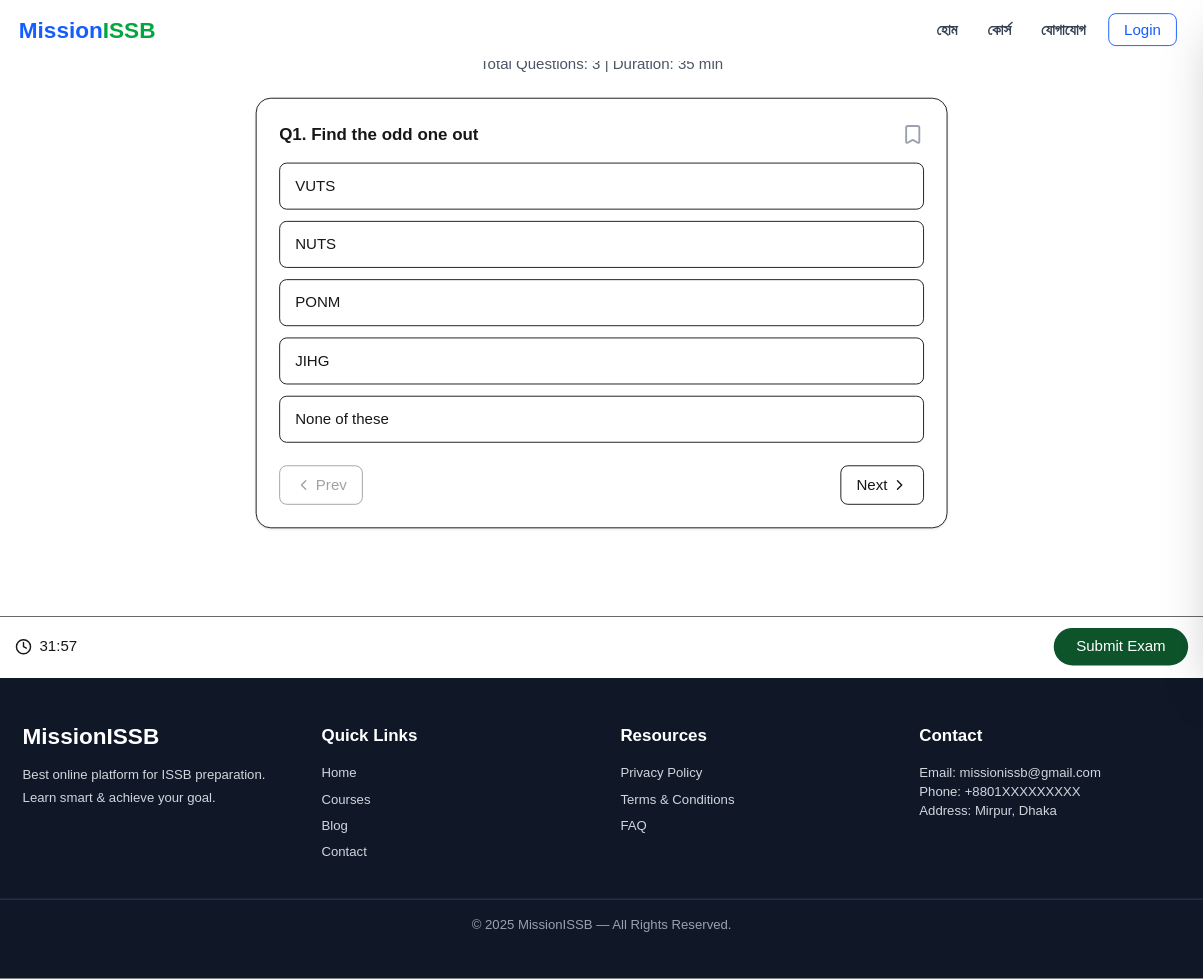
Repository: mdmuhibullahhabib/missionissb
Page: /exam/verbal-model-test-01
These files come from the project's save history. The page is drawn as it stood at one moment and after the next save; the edit follows.
The browser window is 1280 px wide. The pictures show the whole page, at 94% of full size.
The page's requests for data from a server got no answer. The project was rebuilt for these pictures with package versions that can differ from the ones it lists, and the page was loaded fresh each time. The framework's server and built-in components were replaced by stand-ins that run in the browser. No one was signed in, and anything a server would have sent is missing. Also part of the build but not shown: next.config.mjs, app/exam/[id]/components/SubmitModal.jsx.

Above is the page before, as saved 2025-12-15 17:04:41.

### app/layout.js
import { Geist, Geist_Mono } from 'next/font/google'
import './globals.css'
import Footer from '@/components/shared/Footer'
import Navbar from '@/components/shared/Navbar'
import NextAuthProvider from './providers/NextAuthProvider'
import LayoutWrapper from '@/components/LayoutWrapper'

const geistSans = Geist({
  variable: '--font-geist-sans',
  subsets: ['latin']
})

const geistMono = Geist_Mono({
  variable: '--font-geist-mono',
  subsets: ['latin']
})

export const metadata = {
  title: 'Mission ISSB',
  description: 'Generated by create next app'
}

export default function RootLayout({ children }) {
  return (
    <html lang='en' suppressHydrationWarning={true}>
      <body
        className={`${geistSans.variable} ${geistMono.variable} antialiased`}
      >
        <NextAuthProvider>

                    <LayoutWrapper>{children}</LayoutWrapper>


          {/* <Navbar />

          {children}

          <Footer /> */}
        </NextAuthProvider>
      </body>
    </html>
  )
}

### app/exam/[id]/page.jsx
"use client";

import { useState } from "react";
import { Clock } from "lucide-react";
import McqCard from "./components/McqCard";
import SubmitModal from "./components/SubmitModal";

/* Fake Questions */
const questions = [
  {
    question: "Find the odd one out",
    options: ["VUTS", "NUTS", "PONM", "JIHG", "None of these"],
  },
  {
    question: "Choose the correct series",
    options: ["2, 6, 12", "3, 9, 27", "5, 10, 20", "7, 14, 28"],
  },
  {
    question: "Which word is different?",
    options: ["Dog", "Cat", "Tiger", "Car"],
  },
];

const ExamPage = () => {
  const [currentQ, setCurrentQ] = useState(0);
  const [answers, setAnswers] = useState({});
  const [showSubmitModal, setShowSubmitModal] = useState(false);

  const handleSelect = (idx) => {
    setAnswers({ ...answers, [currentQ]: idx });
  };

  return (
    <div className="min-h-screen bg-white pb-24">

      {/* Header */}
      <div className="text-center py-6">
        <h1 className="text-2xl font-bold">Verbal Model Test 01</h1>
        <p className="text-gray-600">
          Total Questions: {questions.length} | Duration: 35 min
        </p>
      </div>

      {/* Question Card */}
      <McqCard
        question={questions[currentQ].question}
        options={questions[currentQ].options}
        currentQ={currentQ}
        totalQuestions={questions.length}
        selectedAnswer={answers[currentQ]}
        onSelect={handleSelect}
        onPrev={() => setCurrentQ((q) => q - 1)}
        onNext={() => setCurrentQ((q) => q + 1)}
      />

      {/* Footer */}
      <div className="fixed bottom-0 left-0 w-full bg-white border-t px-4 py-3 flex justify-between">
        <div className="flex items-center gap-2 font-medium">
          <Clock size={18} /> 31:57
        </div>

        <button
          onClick={() => setShowSubmitModal(true)}
          className="bg-green-900 text-white px-6 py-2 rounded-full"
        >
          Submit Exam
        </button>
      </div>

      {/* Submit Modal */}
      <SubmitModal
        open={showSubmitModal}
        onClose={() => setShowSubmitModal(false)}
        onSubmit={() => {
          setShowSubmitModal(false);
          alert("Exam Submitted!");
        }}
      />
    </div>
  );
};

export default ExamPage;

### components/shared/Footer.jsx
"use client";
import Link from "next/link";

export default function Footer() {
  return (
    <footer className="bg-gray-900 text-gray-300 py-12">
      <div className="max-w-7xl mx-auto grid grid-cols-1 md:grid-cols-4 gap-10 px-6">

        {/* Column 1 */}
        <div>
          <h2 className="text-2xl font-bold text-white">MissionISSB</h2>
          <p className="mt-3 text-sm leading-6">
            Best online platform for ISSB preparation.
            Learn smart & achieve your goal.
          </p>
        </div>

        {/* Column 2 */}
        <div>
          <h3 className="text-lg font-semibold text-white mb-4">Quick Links</h3>
          <ul className="space-y-2 text-sm">
            <li><Link href="/" className="hover:text-white">Home</Link></li>
            <li><Link href="/courses" className="hover:text-white">Courses</Link></li>
            <li><Link href="/blog" className="hover:text-white">Blog</Link></li>
            <li><Link href="/contact" className="hover:text-white">Contact</Link></li>
          </ul>
        </div>

        {/* Column 3 */}
        <div>
          <h3 className="text-lg font-semibold text-white mb-4">Resources</h3>
          <ul className="space-y-2 text-sm">
            <li><Link href="/privacy" className="hover:text-white">Privacy Policy</Link></li>
            <li><Link href="/terms" className="hover:text-white">Terms & Conditions</Link></li>
            <li><Link href="/faq" className="hover:text-white">FAQ</Link></li>
          </ul>
        </div>

        {/* Column 4 */}
        <div>
          <h3 className="text-lg font-semibold text-white mb-4">Contact</h3>
          <p className="text-sm">Email: missionissb@gmail.com</p>
          <p className="text-sm">Phone: +8801XXXXXXXXX</p>
          <p className="text-sm">Address: Mirpur, Dhaka</p>
        </div>
      </div>

      <div className="mt-10 border-t border-gray-700 pt-4 text-center text-gray-400 text-sm">
        © {new Date().getFullYear()} MissionISSB — All Rights Reserved.
      </div>
    </footer>
  );
}

### app/providers/NextAuthProvider.jsx
"use client"
import { SessionProvider } from 'next-auth/react'
import React from 'react'

const NextAuthProvider = ({ children }) => {
    return <SessionProvider>{children}</SessionProvider>
}

export default NextAuthProvider;

### components/LayoutWrapper.jsx
"use client";

import { usePathname } from "next/navigation";
import Navbar from "./shared/Navbar";
import Footer from "./shared/Footer";

export default function LayoutWrapper({ children }) {
  const pathname = usePathname();
  const isAdmin = pathname.startsWith("/admin");
  const isAuth = pathname.startsWith("/auth");

  return (
    <>
      {!isAdmin && !isAuth && <Navbar />}

      <main>{children}</main>

      {!isAdmin && !isAuth && <Footer />}
    </>
  );
}

### app/exam/[id]/components/McqCard.jsx
"use client";

import { Bookmark, ChevronLeft, ChevronRight } from "lucide-react";

const McqCard = ({
  question,
  options,
  currentQ,
  totalQuestions,
  selectedAnswer,
  onSelect,
  onPrev,
  onNext,
}) => {
  return (
    <div className="max-w-3xl mx-auto px-4">
      <div className="border rounded-2xl p-6 shadow-sm">

        {/* Question Header */}
        <div className="flex justify-between items-center mb-4">
          <h2 className="font-semibold text-lg">
            Q{currentQ + 1}. {question}
          </h2>
          <Bookmark className="text-gray-400 cursor-pointer" />
        </div>

        {/* Options */}
        <div className="space-y-3">
          {options.map((opt, idx) => (
            <button
              key={idx}
              onClick={() => onSelect(idx)}
              className={`w-full text-left px-4 py-3 border rounded-lg transition
                ${
                  selectedAnswer === idx
                    ? "bg-green-100 border-green-500"
                    : "hover:bg-gray-50"
                }`}
            >
              {opt}
            </button>
          ))}
        </div>

        {/* Navigation */}
        <div className="flex justify-between mt-6">
          <button
            onClick={onPrev}
            disabled={currentQ === 0}
            className="flex items-center gap-1 px-4 py-2 border rounded-lg disabled:opacity-40"
          >
            <ChevronLeft size={18} /> Prev
          </button>

          <button
            onClick={onNext}
            disabled={currentQ === totalQuestions - 1}
            className="flex items-center gap-1 px-4 py-2 border rounded-lg disabled:opacity-40"
          >
            Next <ChevronRight size={18} />
          </button>
        </div>
      </div>
    </div>
  );
};

export default McqCard;

### components/user/UserDrawerMenu.jsx
"use client";

import { FiX, FiUser, FiShoppingBag, FiSettings, FiGrid, FiLogOut } from "react-icons/fi";
import { motion, AnimatePresence } from "framer-motion";
import Image from "next/image";
import { useRouter } from "next/navigation";
import { signOut, useSession } from "next-auth/react";
import Link from "next/link";

export default function DrawerMenu({ isOpen, onClose, user = {} }) {
  const router = useRouter();
  const { data: session, status } = useSession();
  console.log(session)

  const handleNavigate = (path) => {
    onClose();
    router.push(path);
  };

  const handleLogout = async () => {
    // You can replace with your logout logic
    console.log("User logged out");
    onClose();
    await signOut();
  };

  const isAdmin = user?.role === "admin";

  return (
    <>
      {/* Overlay */}
      <AnimatePresence>
        {isOpen && (
          <motion.div
            initial={{ opacity: 0 }}
            animate={{ opacity: 1 }}
            exit={{ opacity: 0 }}
            onClick={onClose}
            className="fixed inset-0 bg-black/30 backdrop-blur-sm z-40 cursor-pointer"
          />
        )}
      </AnimatePresence>

      {/* Drawer */}
      <motion.div
        initial={{ x: "100%" }}
        animate={{ x: isOpen ? 0 : "100%" }}
        exit={{ x: "100%" }}
        transition={{ type: "spring", stiffness: 100, damping: 20 }}
        className="fixed top-0 right-0 h-full w-80 sm:w-96 bg-white shadow-2xl z-50 flex flex-col"
      >
        {/* Header */}
        <div className="flex justify-between items-center p-4 border-b">
          <div className="flex items-center gap-3">
            <Image
              src={user?.photo || "https://i.ibb.co/5j9n3yH/default-avatar.png"}
              width={40}
              height={40}
              alt="User avatar"
              className="rounded-full object-cover"
            />
            <div>
              <p className="font-semibold text-gray-800">
                {user?.name || "Guest User"}
              </p>
              <p className="text-xs text-gray-500">
                {isAdmin ? "Administrator" : "Regular User"}
              </p>
            </div>
          </div>
          <button onClick={onClose} className="text-gray-600 hover:text-red-500">
            <FiX className="h-6 w-6" />
          </button>
        </div>

        {/* Menu Items */}
        <div className="flex-1 overflow-y-auto p-5 space-y-4 text-gray-700">
          <button
            onClick={() => handleNavigate("/profile")}
            className="flex items-center gap-3 w-full p-3 rounded-xl hover:bg-gray-100 transition"
          >
            <FiUser className="text-red-500" />
            <span>My Profile</span>
          </button>

          <Link
            href={"/mycourse"}
            // onClick={() => handleNavigate("/mycourse")}
            className="flex items-center gap-3 w-full p-3 rounded-xl hover:bg-gray-100 transition"
          >
            <FiShoppingBag className="text-red-500" />
            <span>My Courses</span>
          </Link>

          <Link
            href={"/admin/dashboard"}
            // onClick={() => handleNavigate("/mycourse")}
            className="flex items-center gap-3 w-full p-3 rounded-xl hover:bg-gray-100 transition"
          >
            <FiShoppingBag className="text-red-500" />
            <span>Admin Dashboard</span>
          </Link>

          {isAdmin && (
            <button
              onClick={() => handleNavigate("/admin/dashboard")}
              className="flex items-center gap-3 w-full p-3 rounded-xl hover:bg-gray-100 transition"
            >
              <FiGrid className="text-red-500" />
              <span>Admin Dashboard</span>
            </button>
          )}
        </div>

        {/* Footer */}
        <div className="border-t p-4">
          <button
            onClick={handleLogout}
            className="flex items-center justify-center gap-2 w-full py-2 bg-red-600 text-white font-medium rounded-xl hover:bg-red-700 transition"
          >
            <FiLogOut />
            Logout
          </button>
        </div>
      </motion.div>
    </>
  );
}

Loaded but not shown: app/globals.css (common file); components/shared/Navbar.jsx (146 lines, source omitted)

After the next save:
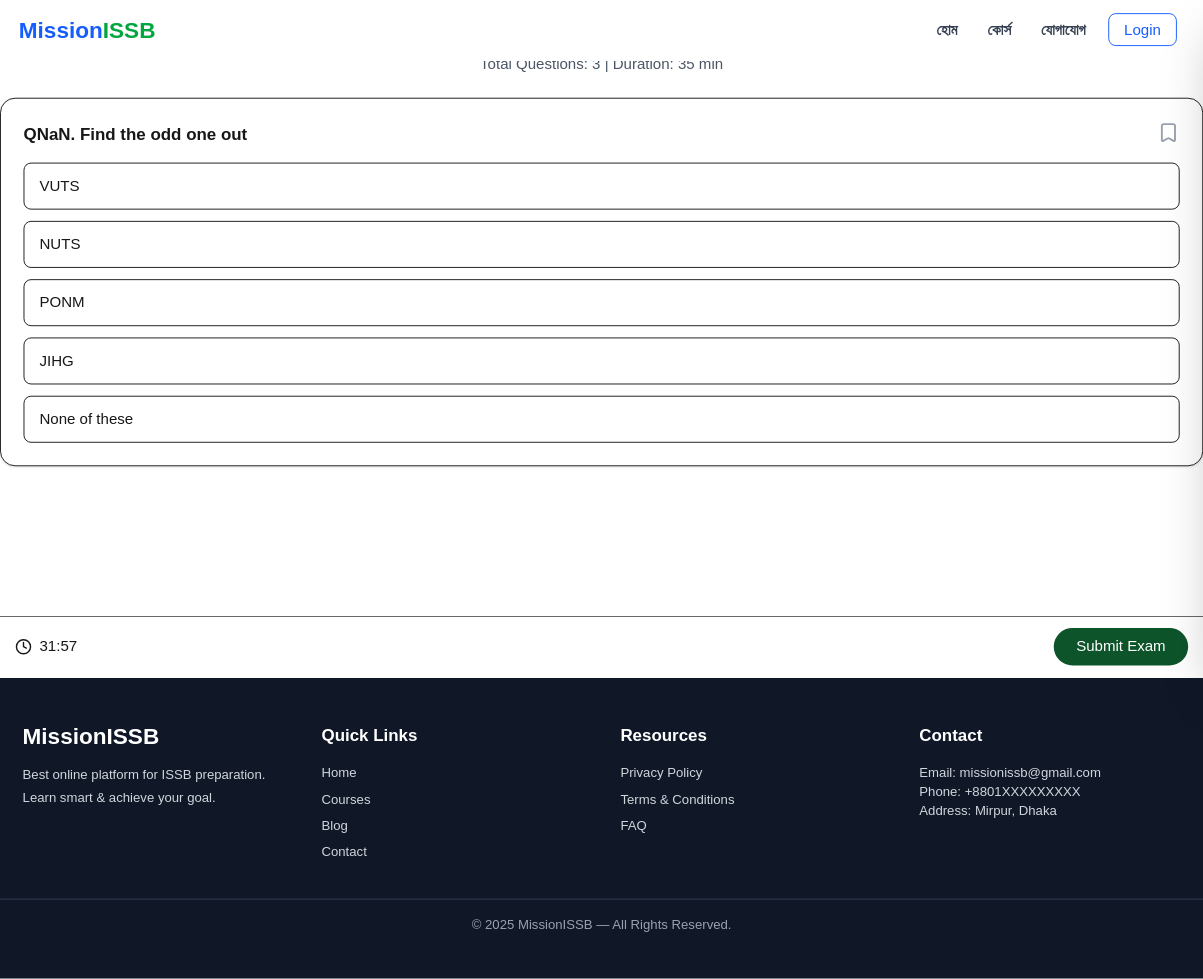
Saved 18 min 3 s later.
--- a/app/exam/[id]/components/McqCard.jsx
+++ b/app/exam/[id]/components/McqCard.jsx
@@ -1,65 +1,41 @@
 "use client";
 
-import { Bookmark, ChevronLeft, ChevronRight } from "lucide-react";
+import { Bookmark } from "lucide-react";
 
 const McqCard = ({
+  index,
   question,
   options,
-  currentQ,
-  totalQuestions,
   selectedAnswer,
   onSelect,
-  onPrev,
-  onNext,
 }) => {
   return (
-    <div className="max-w-3xl mx-auto px-4">
-      <div className="border rounded-2xl p-6 shadow-sm">
+    <div className="border rounded-2xl p-6 shadow-sm mb-6">
 
-        {/* Question Header */}
-        <div className="flex justify-between items-center mb-4">
-          <h2 className="font-semibold text-lg">
-            Q{currentQ + 1}. {question}
-          </h2>
-          <Bookmark className="text-gray-400 cursor-pointer" />
-        </div>
+      {/* Question */}
+      <div className="flex justify-between items-start mb-4">
+        <h2 className="font-semibold text-lg">
+          Q{index + 1}. {question}
+        </h2>
+        <Bookmark className="text-gray-400 cursor-pointer" />
+      </div>
 
-        {/* Options */}
-        <div className="space-y-3">
-          {options.map((opt, idx) => (
-            <button
-              key={idx}
-              onClick={() => onSelect(idx)}
-              className={`w-full text-left px-4 py-3 border rounded-lg transition
-                ${
-                  selectedAnswer === idx
-                    ? "bg-green-100 border-green-500"
-                    : "hover:bg-gray-50"
-                }`}
-            >
-              {opt}
-            </button>
-          ))}
-        </div>
-
-        {/* Navigation */}
-        <div className="flex justify-between mt-6">
+      {/* Options */}
+      <div className="space-y-3">
+        {options.map((opt, idx) => (
           <button
-            onClick={onPrev}
-            disabled={currentQ === 0}
-            className="flex items-center gap-1 px-4 py-2 border rounded-lg disabled:opacity-40"
+            key={idx}
+            onClick={() => onSelect(idx)}
+            className={`w-full text-left px-4 py-3 border rounded-lg transition
+              ${
+                selectedAnswer === idx
+                  ? "bg-green-100 border-green-600"
+                  : "hover:bg-gray-50"
+              }`}
           >
-            <ChevronLeft size={18} /> Prev
+            {opt}
           </button>
-
-          <button
-            onClick={onNext}
-            disabled={currentQ === totalQuestions - 1}
-            className="flex items-center gap-1 px-4 py-2 border rounded-lg disabled:opacity-40"
-          >
-            Next <ChevronRight size={18} />
-          </button>
-        </div>
+        ))}
       </div>
     </div>
   );

After the save that followed:
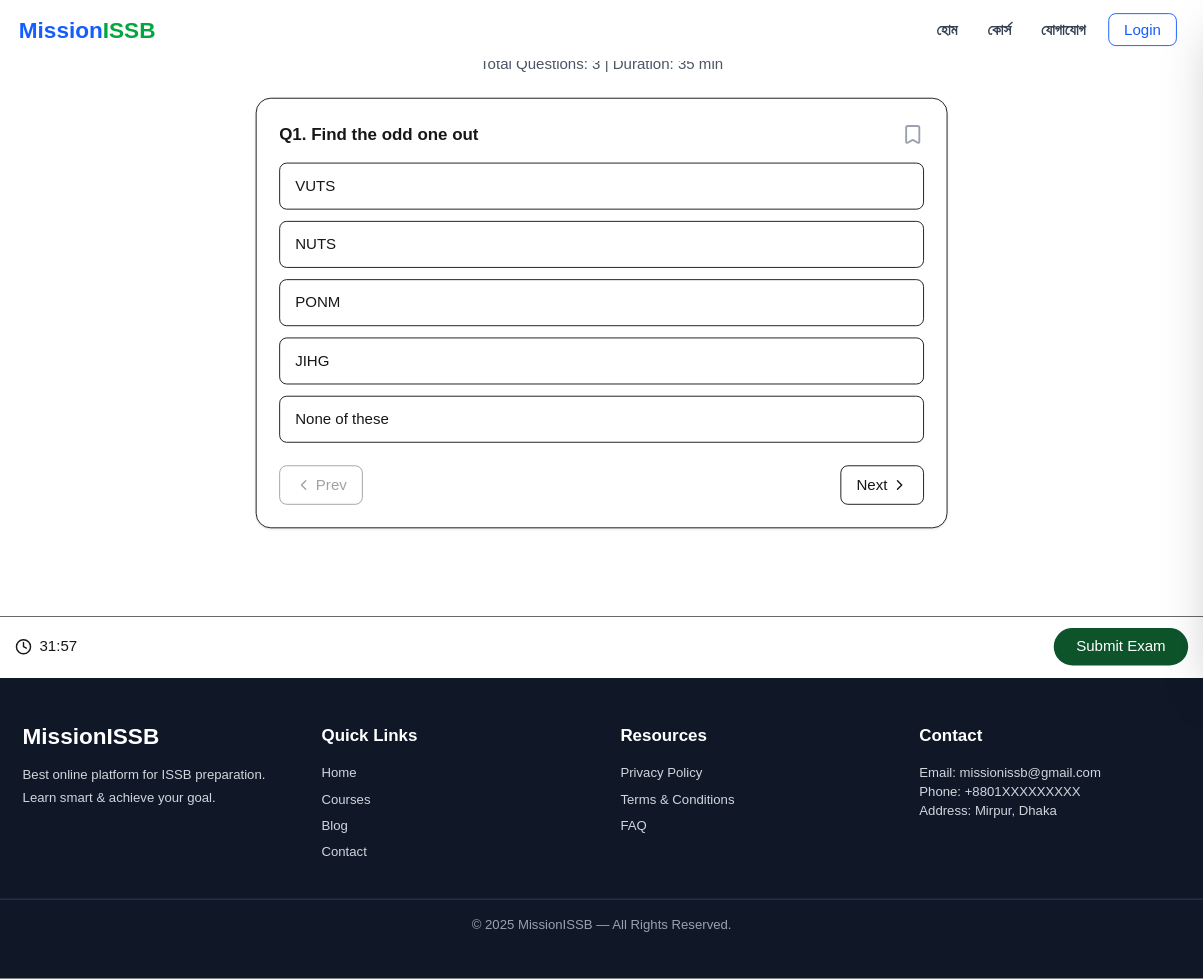
Saved 15 s later.
--- a/app/exam/[id]/components/McqCard.jsx
+++ b/app/exam/[id]/components/McqCard.jsx
@@ -1,41 +1,65 @@
 "use client";
 
-import { Bookmark } from "lucide-react";
+import { Bookmark, ChevronLeft, ChevronRight } from "lucide-react";
 
 const McqCard = ({
-  index,
   question,
   options,
+  currentQ,
+  totalQuestions,
   selectedAnswer,
   onSelect,
+  onPrev,
+  onNext,
 }) => {
   return (
-    <div className="border rounded-2xl p-6 shadow-sm mb-6">
+    <div className="max-w-3xl mx-auto px-4">
+      <div className="border rounded-2xl p-6 shadow-sm">
 
-      {/* Question */}
-      <div className="flex justify-between items-start mb-4">
-        <h2 className="font-semibold text-lg">
-          Q{index + 1}. {question}
-        </h2>
-        <Bookmark className="text-gray-400 cursor-pointer" />
-      </div>
+        {/* Question Header */}
+        <div className="flex justify-between items-center mb-4">
+          <h2 className="font-semibold text-lg">
+            Q{currentQ + 1}. {question}
+          </h2>
+          <Bookmark className="text-gray-400 cursor-pointer" />
+        </div>
 
-      {/* Options */}
-      <div className="space-y-3">
-        {options.map((opt, idx) => (
+        {/* Options */}
+        <div className="space-y-3">
+          {options.map((opt, idx) => (
+            <button
+              key={idx}
+              onClick={() => onSelect(idx)}
+              className={`w-full text-left px-4 py-3 border rounded-lg transition
+                ${
+                  selectedAnswer === idx
+                    ? "bg-green-100 border-green-500"
+                    : "hover:bg-gray-50"
+                }`}
+            >
+              {opt}
+            </button>
+          ))}
+        </div>
+
+        {/* Navigation */}
+        <div className="flex justify-between mt-6">
           <button
-            key={idx}
-            onClick={() => onSelect(idx)}
-            className={`w-full text-left px-4 py-3 border rounded-lg transition
-              ${
-                selectedAnswer === idx
-                  ? "bg-green-100 border-green-600"
-                  : "hover:bg-gray-50"
-              }`}
+            onClick={onPrev}
+            disabled={currentQ === 0}
+            className="flex items-center gap-1 px-4 py-2 border rounded-lg disabled:opacity-40"
           >
-            {opt}
+            <ChevronLeft size={18} /> Prev
           </button>
-        ))}
+
+          <button
+            onClick={onNext}
+            disabled={currentQ === totalQuestions - 1}
+            className="flex items-center gap-1 px-4 py-2 border rounded-lg disabled:opacity-40"
+          >
+            Next <ChevronRight size={18} />
+          </button>
+        </div>
       </div>
     </div>
   );
